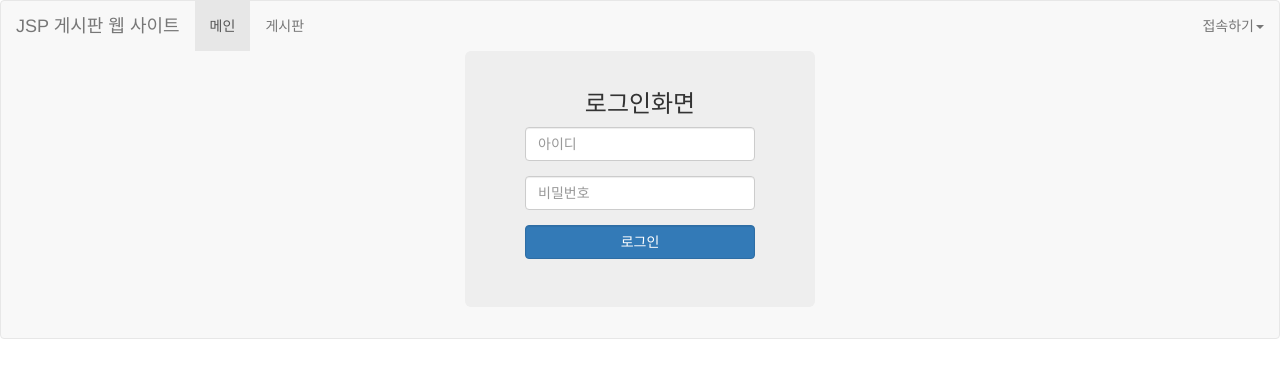
Repository: hanseu9839/BbsJSP
Page: http://localhost/BBS/bbs.jsp
The author's editor kept a copy of each file at every save. The page is drawn from the files as they stood at one save, then again after the next save.
The browser window is 1280 px wide. The pictures show the whole page.
The page is served by Tomcat 9. Other server files are loaded and not shown.

Above is the page before, as saved 2021-05-02 14:09:58.

### BBS/src/main/webapp/bbs.jsp
<%@ page language="java" contentType="text/html; charset=UTF-8"
    pageEncoding="UTF-8"%>
    <%@ page import ="java.io.PrintWriter"%>
    <!-- UTF-8은 요즘 가장 많이 쓰이는 대표적인 형식 (한글,영어) 둘다 지원됨 -->
<!DOCTYPE html>
<html>
<head>
<meta http-equiv="Content-Type" content="text/html; charset=UTF-8">
<meta name="viewport" content="width-device-width", initial-scale="1">
<link rel="stylesheet" href="css/bootstrap.min.css">
<title>JSP 게시판 웹사이트 </title>
</head>
<body>
	<%
		String userID = null;
		if(session.getAttribute("userID") != null){
			userID = (String) session.getAttribute("userID");
		}
	%>
   <nav class="navbar navbar-default">
      <div class="navbar-header">
         <button type="button" class="navbar-toggle collapsed"
         data-toggle="collapse" data-target= "#bs-example-navbar-collapse-1"
         aria-expanded="false">
         <span class="icon-bar"></span>
         <span class="icon-bar"></span>
         <span class="icon-bar"></span>
         </button>
         <a class="navbar-brand" href="main.jsp">JSP 게시판 웹 사이트</a>
      </div>
      <div class="collapse navbar-collapse" id="bs-example-navbar-collapse-1">
         <ul class="nav navbar-nav">
            <li class="active"

            ><a href ="main.jsp">메인</a></li>
            <li><a href ="bbs.jsp">게시판</a></li>
         </ul>
         <%
         	if(userID == null) {
         %>



         <ul class="nav navbar-nav navbar-right">
            <li class="dropdown">
               <a href="#" class="dropdown-toogle"
                  data-toggle="dropdown" role="button" aria-haspopup="true"
                  aria-expanded="false">접속하기<span class="caret"></span></a>
                  <ul class="dropdown-menu">
                     <li><a href="login.jsp">로그인</a></li>
                     <li><a href="join.jsp">회원가입</a></li>
                  </ul>
            </li>
         </ul>
         <%
         	} else {
         		%>
         		<ul class="nav navbar-nav navbar-right">
            <li class="dropdown">
               <a href="#" class="dropdown-toogle"
                  data-toggle="dropdown" role="button" aria-haspopup="true"
                  aria-expanded="false">접속하기<span class="caret"></span></a>
                  <ul class="dropdown-menu">
                     <li><a href="login.jsp">로그인아웃</a></li>
                  </ul>
            </li>
         </ul>
         <%
         	}
         %>
      </div>
      <div class="container">
         <div class="col-lg-4"></div>
         <div class="col-lg-4">
            <div class="jumbotron" style="padding-top:20px;">
            <form method="post" action="loginAction.jsp">
                  <h3 style="text-align: center;">로그인화면</h3>
                  <div class="form-group">
                     <input type="text" class="form-control" placeholder="아이디" name="userID" maxlength="20">
                  </div>
                  <div class="form-group">
                     <input type="password" class="form-control" placeholder="비밀번호" name="userPassword" maxlength="20">
                  </div>
                  <input type="submit" class="btn btn-primary form-control" value="로그인">
            </form>
         </div>
         <div class="col-lg-4"></div>
      </div>
   </nav>
   <script src="https://ajax.googleapis.com/ajax/libs/jquery/1.12.4/jquery.min.js"></script>
<script src="js/bootstrap.min.js"></script>
</body>
</html>

Loaded but not shown: BBS/src/main/webapp/css/bootstrap.min.css (library); BBS/src/main/webapp/js/bootstrap.min.js (library)

After the next save:
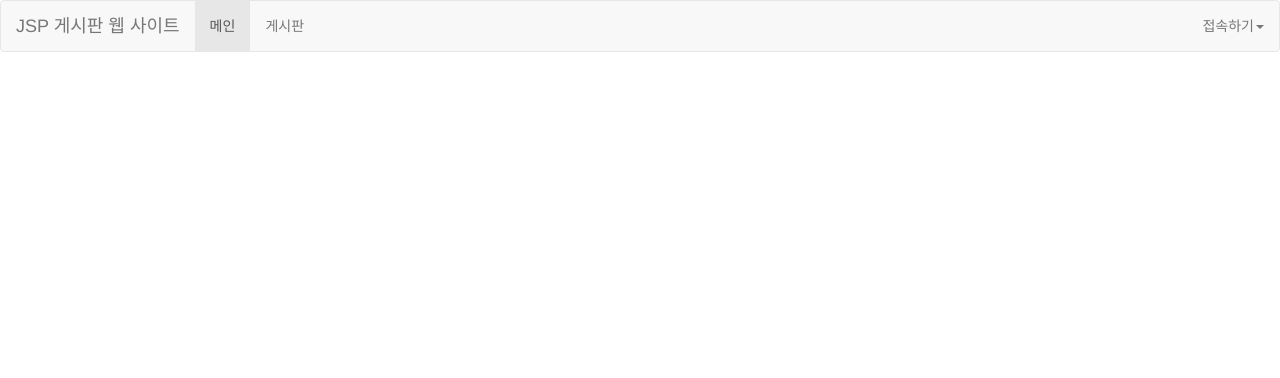
Saved 53 s later.
--- a/BBS/src/main/webapp/bbs.jsp
+++ b/BBS/src/main/webapp/bbs.jsp
@@ -69,23 +69,6 @@
          	}
          %>
       </div>
-      <div class="container">
-         <div class="col-lg-4"></div>
-         <div class="col-lg-4">
-            <div class="jumbotron" style="padding-top:20px;">
-            <form method="post" action="loginAction.jsp">
-                  <h3 style="text-align: center;">로그인화면</h3>
-                  <div class="form-group">
-                     <input type="text" class="form-control" placeholder="아이디" name="userID" maxlength="20">
-                  </div>
-                  <div class="form-group">
-                     <input type="password" class="form-control" placeholder="비밀번호" name="userPassword" maxlength="20">
-                  </div>
-                  <input type="submit" class="btn btn-primary form-control" value="로그인">
-            </form>
-         </div>
-         <div class="col-lg-4"></div>
-      </div>
    </nav>
    <script src="https://ajax.googleapis.com/ajax/libs/jquery/1.12.4/jquery.min.js"></script>
 <script src="js/bootstrap.min.js"></script>
